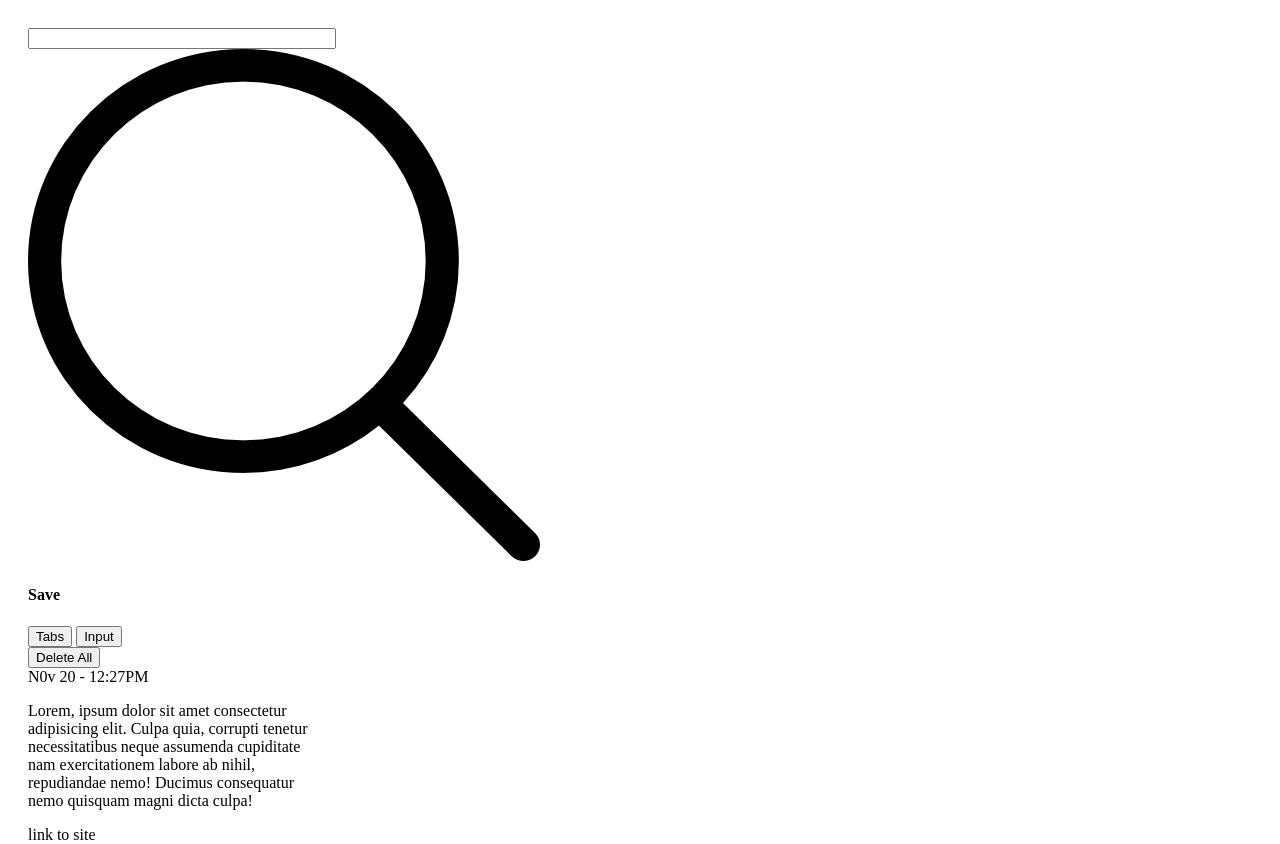
Repository: IdowuMicheal-1/Text-Tab-Organizer
Page: popup.html
These files come from the project's save history. The page is drawn as it stood at one moment and after a run of saves; the edit follows.
The browser window is 1280 px wide. The pictures show the whole page.

Above is the page before, as saved 2025-05-14 09:49:47.

After the next 3 saves:
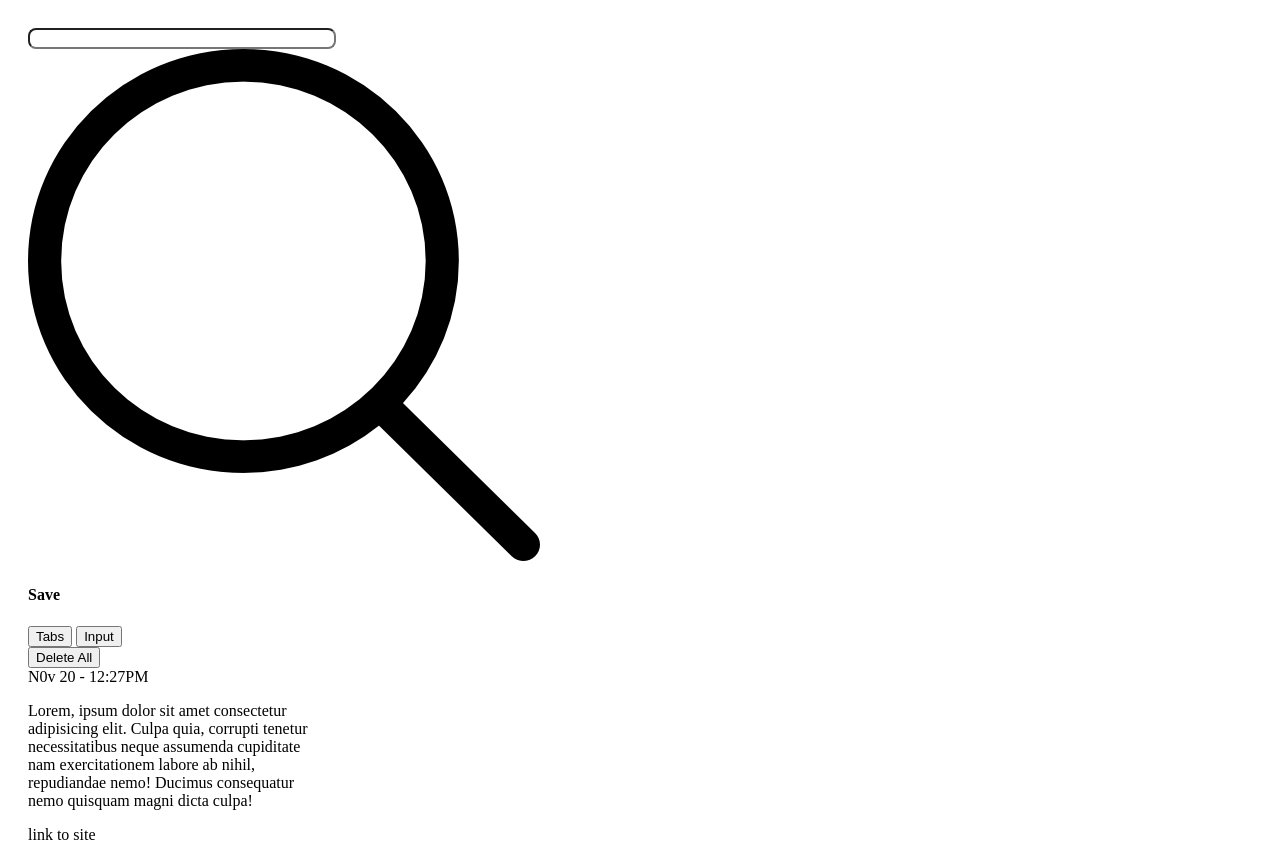
The 3 saves are shown as one change because they came seconds apart.
The last was saved 19 s later.
--- a/popup.css
+++ b/popup.css
@@ -7,5 +7,6 @@ body {
 
 .text-ipt{
     width: 100%;
-    b
+    border-radius: 8px;
+
 }
